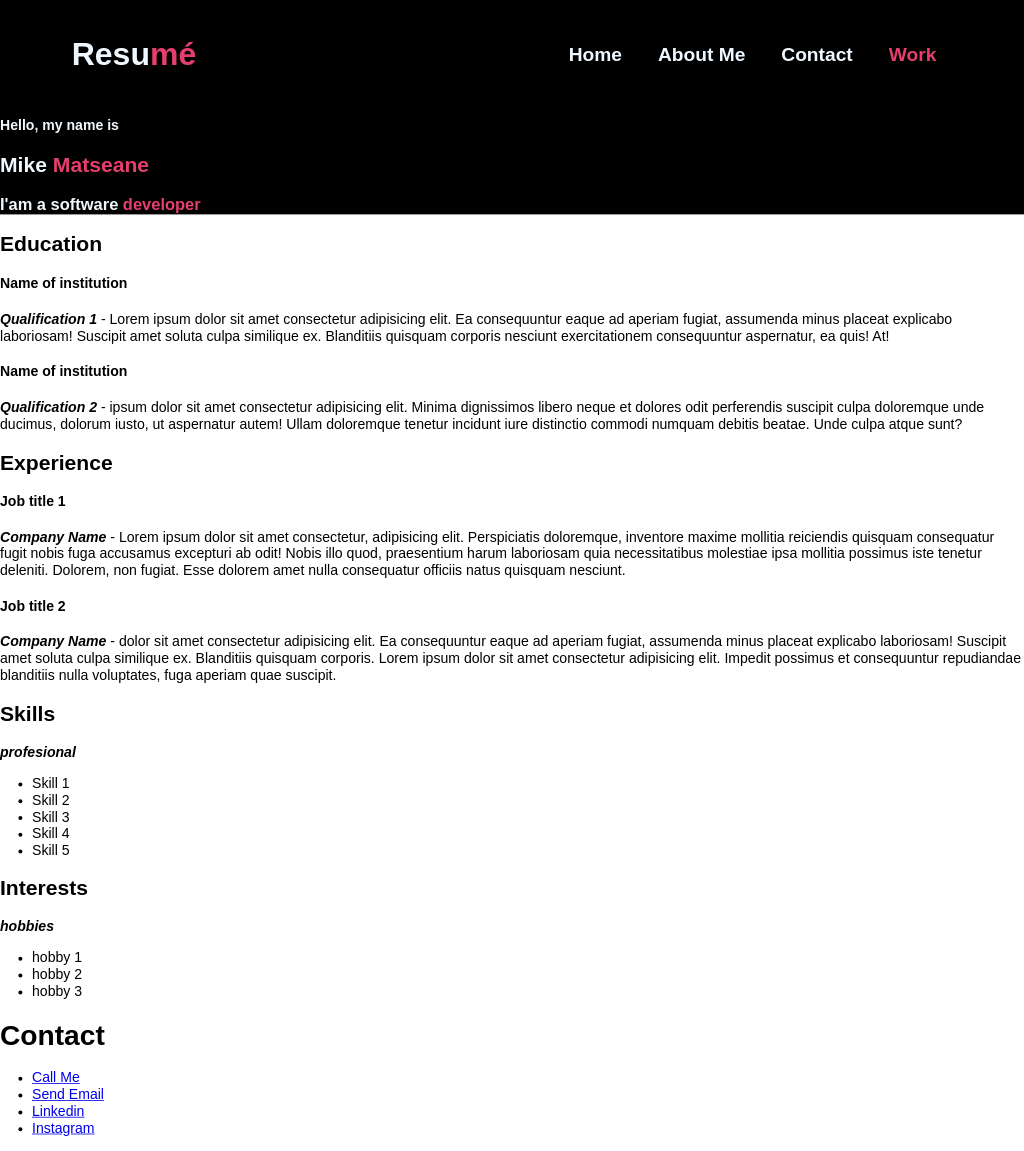
Repository: mikempho/Resume1
Page: resume1.html
The author's editor kept a copy of each file at every save. The page is drawn from the files as they stood at one save, then again after the next save.
The browser window is 1280 px wide. The pictures show the whole page, at 80% of full size.

Above is the page before, as saved 2022-03-26 09:42:11.

After the next save:
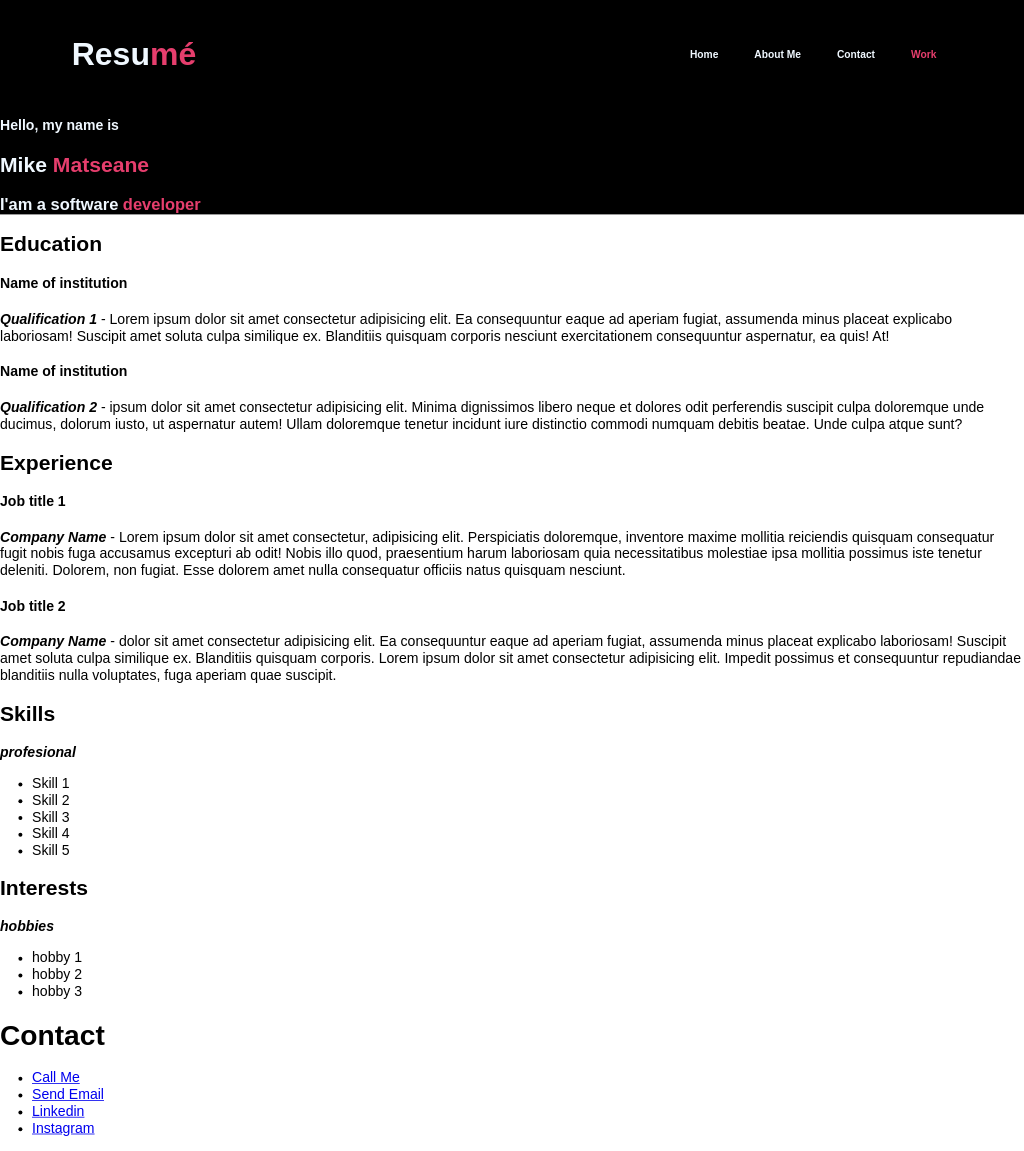
Saved 6 s later.
--- a/css/stylesheet.css
+++ b/css/stylesheet.css
@@ -32,7 +32,7 @@ nav ul li{
   display: inline;
   padding: 0 20px;
   font-weight: 600;
-  font-size:1.5rem ;
+  font-size:0.8rem ;
 }
 
 nav ul li a {
